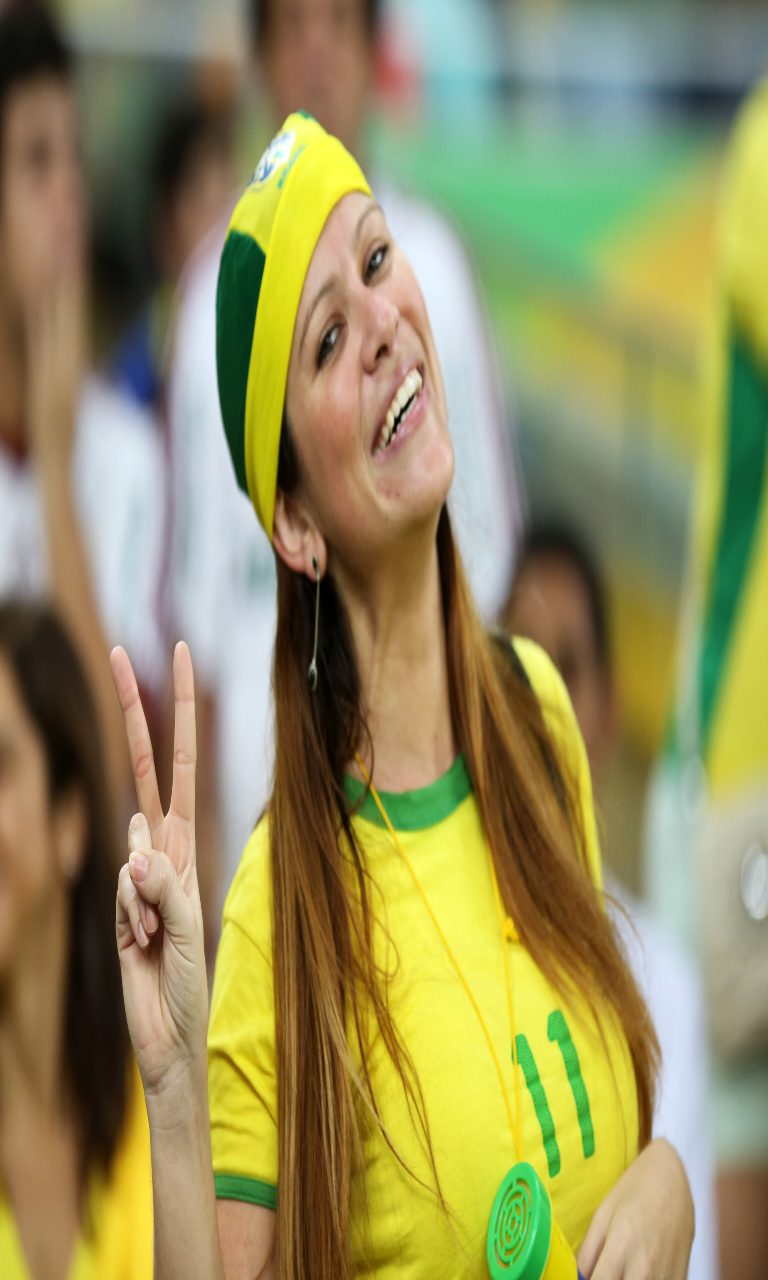
Repository: wellingtondessuy/AppLearning
Layout: HappyApp/res/layout/fragment_1.xml
An editor plug-in stored every save of this project. The layout is shown before and after the next save, followed by the edit.
It is drawn on a 768 x 1280 px phone screen (xhdpi) without system bars, with theme AppTheme; the app's code is not run.

Above is the layout before, as saved 2015-05-22 13:16:00.

After the next save:
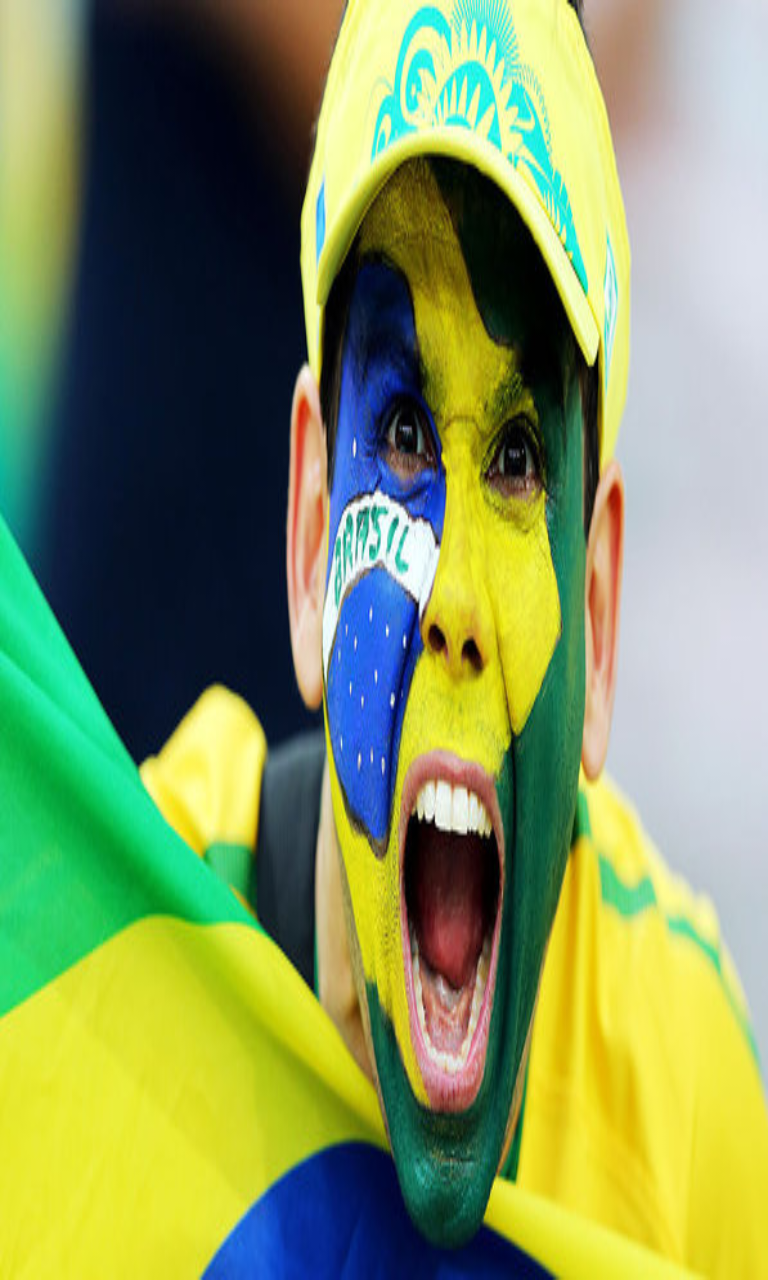
Saved 19 s later.
--- a/HappyApp/res/layout/fragment_1.xml
+++ b/HappyApp/res/layout/fragment_1.xml
@@ -6,7 +6,7 @@
     android:paddingLeft="@dimen/activity_horizontal_margin"
     android:paddingRight="@dimen/activity_horizontal_margin"
     android:paddingTop="@dimen/activity_vertical_margin"
-    android:background="@drawable/back_4"
+    android:background="@drawable/back_1"
     tools:context="com.example.happyapp.MainActivity$PlaceholderFragment" >
 
 </RelativeLayout>
